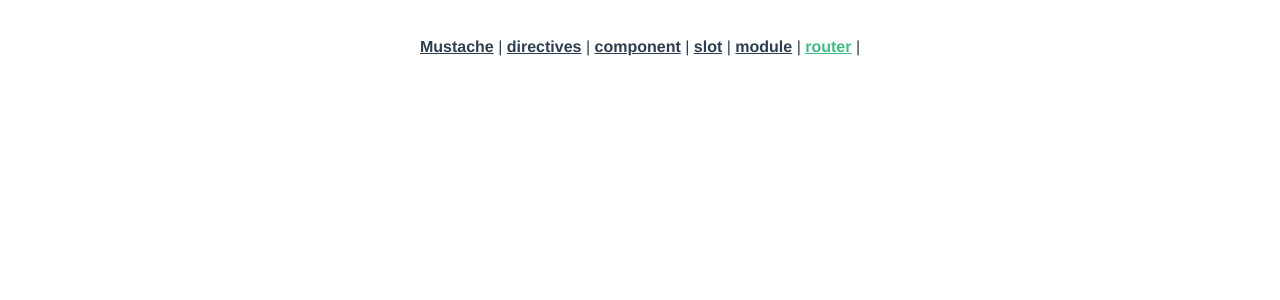
Repository: yeyanghui0616/my-vue2-learning
Page: /router
The author's editor kept a copy of each file at every save. The page is drawn from the files as they stood at one save, then again after the next save.
The browser window is 1280 px wide. The pictures show the whole page.
The project was rebuilt for these pictures with package versions that can differ from the ones it lists, and the page was loaded fresh each time. Also part of the build but not shown: src/views/Mustache.vue, src/components/globalComponent.vue.

Above is the page before, as saved 2023-08-30 22:15:43.

### src/main.js
import Vue from "vue";
import App from "./App.vue";
import router from "./router";
import store from "./store";

// 注册全局组件
import globalComponent from "./components/globalComponent";
Vue.component("globalComponent", globalComponent);

Vue.config.productionTip = false;

new Vue({
	router,
	store,
	render: (h) => h(App),
}).$mount("#app");

### src/App.vue
<template>
  <div id="app">
    <div id="nav">
      <router-link to="/">Mustache</router-link> |
      <router-link to="/directives">directives</router-link> |
      <router-link to="/component">component</router-link> |
      <router-link to="/slot">slot</router-link> |
      <router-link to="/module">module</router-link> |
      <router-link to="/router">router</router-link> |
    </div>
    <router-view />
  </div>
</template>

<style lang="scss">
#app {
  font-family: Avenir, Helvetica, Arial, sans-serif;
  -webkit-font-smoothing: antialiased;
  -moz-osx-font-smoothing: grayscale;
  text-align: center;
  color: #2c3e50;
}

#nav {
  padding: 30px;

  a {
    font-weight: bold;
    color: #2c3e50;

    &.router-link-exact-active {
      color: #42b983;
    }
  }
}
</style>

### src/router/index.js
import Vue from "vue";
import VueRouter from "vue-router";
import Mustache from "../views/Mustache.vue";

Vue.use(VueRouter);

const routes = [
	{
		path: "/",
		name: "Mustache",
		component: Mustache,
	},
	{
		path: "/directives",
		name: "directives",
		component: () => import("../views/directives.vue"),
	},
	{
		path: "/component",
		name: "component",
		component: () => import("../views/component.vue"),
	},
	{
		path: "/slot",
		name: "slot",
		component: () => import("../views/slot.vue"),
	},
	{
		path: "/module",
		name: "module",
		component: () => import("../views/module.vue"),
	},
	{
		path: "/router",
		name: "router",
		component: () => import("../views/router.vue"),
	},
];

const router = new VueRouter({
	mode: "history",
	base: process.env.BASE_URL,
	routes,
});

export default router;

### src/views/router.vue
<template>
  <div>
  </div>
</template>

<script>
export default {
  data() {
    return {};
  },

  methods: {},
};
</script>

<style lang="scss"></style>

Loaded but not shown: public/index.html (common file); src/store/index.js (common file)

After the next save:
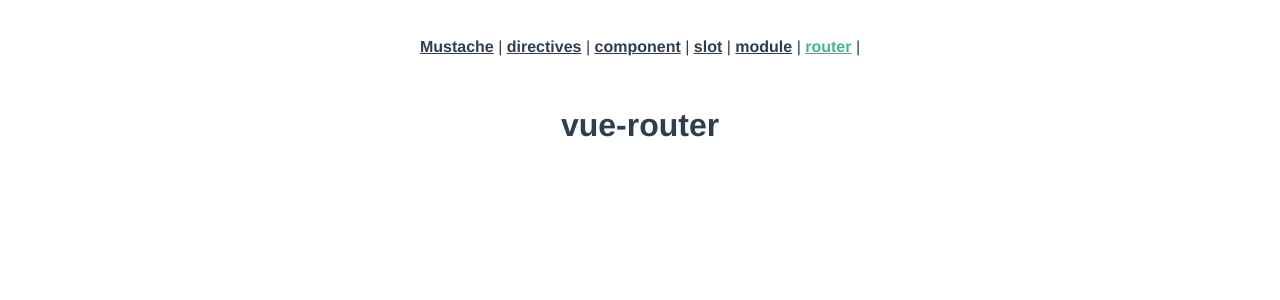
Saved 5 s later.
--- a/src/views/router.vue
+++ b/src/views/router.vue
@@ -1,5 +1,6 @@
 <template>
   <div>
+    <h1>vue-router</h1>
   </div>
 </template>
 
